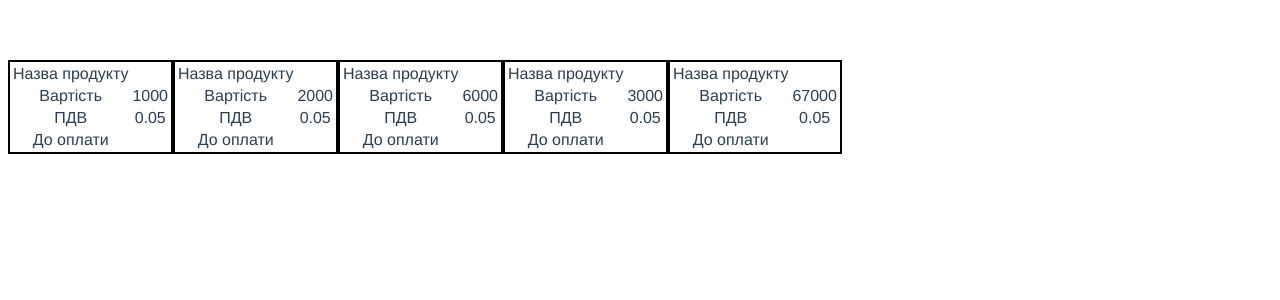
Repository: AnatoliyZaporozhets/HomeTask
Page: / (app in HomeWork_1/)
The author's editor kept a copy of each file at every save. The page is drawn from the files as they stood at one save, then again after the next save.
The browser window is 1280 px wide. The pictures show the whole page.
The project was rebuilt for these pictures with package versions that can differ from the ones it lists, and the page was loaded fresh each time.

Above is the page before, as saved 2022-04-08 15:41:56.

After the next save:
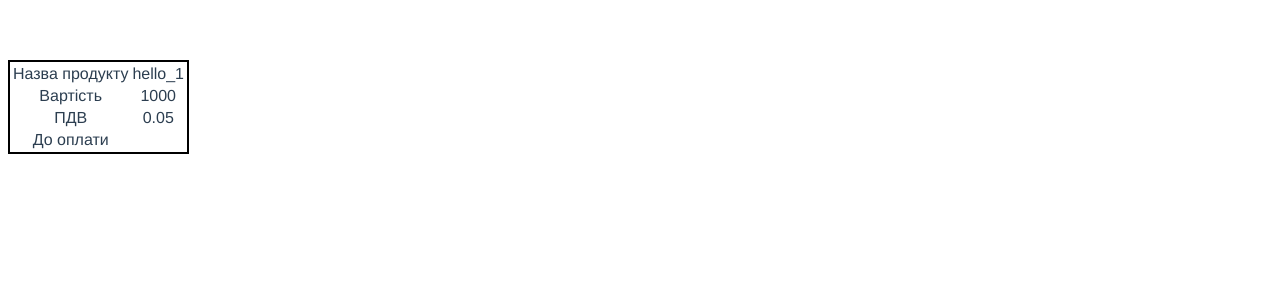
Saved 2 min 32 s later.
--- a/HomeWork_1/src/App.vue
+++ b/HomeWork_1/src/App.vue
@@ -21,33 +21,9 @@ export default {
       listData: [
         {
           id: 1,
-          img: 'https://content2.rozetka.com.ua/goods/images/big_tile/185608067.jpg',
-          title: 'Хлібопічка 1',
+          productName: 'hello_1',
           price: 1000,
-        },
-        {
-          id: 2,
-          img: 'https://content.rozetka.com.ua/goods/images/big_tile/185622291.jpg',
-          title: 'Хлібопічка 2',
-          price: 2000,
-        },
-        {
-          id: 3,
-          img: 'https://content2.rozetka.com.ua/goods/images/big_tile/12600231.jpg',
-          title: 'Хлібопічка 3',
-          price: 6000,
-        },
-        {
-          id: 5,
-          img: 'https://content1.rozetka.com.ua/goods/images/big_tile/63982322.jpg',
-          title: 'Хлібопічка 4',
-          price: 3000,
-        },
-        {
-          id: 6,
-          img: 'https://content2.rozetka.com.ua/goods/images/big_tile/21296941.jpg',
-          title: 'Хлібопічка 5',
-          price: 67000,
+
         },
       ],
     }
